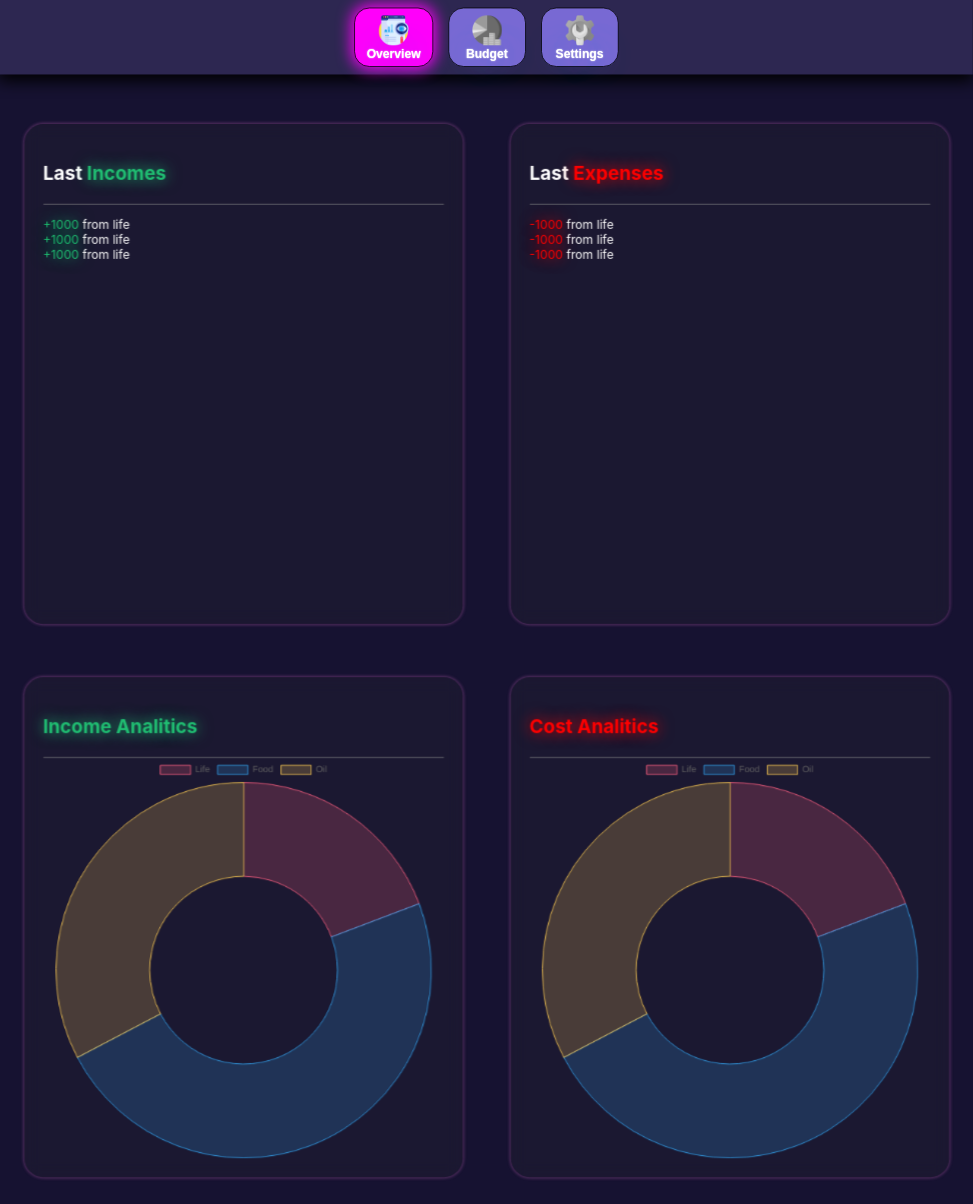
Repository: Minkeani/Money-Manager
Page: /Overview
These files come from the project's save history. The page is drawn as it stood at one moment and after the next save; the edit follows.
The browser window is 1280 px wide. The pictures show the whole page, at 76% of full size.
The project was rebuilt for these pictures with package versions that can differ from the ones it lists, and the page was loaded fresh each time. Also part of the build but not shown: src/components/Budget/Budget.module.css, src/components/Budget/Budget.jsx, src/components/Settings/Settings.jsx, src/components/NotFound/NotFound.module.css, src/components/NotFound/NotFound.jsx.

Above is the page before, as saved 2022-07-16 21:16:10.

### src/index.js
import React from 'react';
import ReactDOM from 'react-dom/client';
import './styles/index.css'
import App from './App';

const root = ReactDOM.createRoot(document.getElementById('root'));
root.render(
    <App />
);

### src/styles/index.css
:root {
  --color-theme: #161231;
	--color-white: #fff;
	--color-black: #000;
	--color-dark-gray: #10100e;
	--color-yellow: #ffff00;
	--color-blue: #6884fb;
	--color-red: #f75d83;
	--font-bold: 600;
	--color-violet: #ae72c2;
	--text-shadow-yellow:
		0 0 2px var(--color-white),
		0 0 40px var(--color-blue);

	--spacing-medium: 20px;

	--spacing-small: 10px;

	--spacing-ultra-small: 5px;

	--spacing-large: 30px;

	--font-family-main: sans-serif;

	--border-radius-small: 3px;

	--border-radius-medium: 5px;

	--margin-list: 7px;

	--font-size-main: 16px;

	--font-size-header: 26px;

	--font-size-subheader: 18px;

	/* Theme */
	--theme-light-header: #dfe2df;

	--theme-dark-header: #ca6ca6;

	--theme-neitral-header: #cccc46;

	--theme-default-header: var(--theme-neitral-header);

	--transition: .4s;

	--theme-light-bg-img: linear-gradient(to top, #b7b7b7, #a396b0, #9a72a0, #984986, #960062);

	--theme-dark-bg-img:  linear-gradient(to top, #6a2b60, #532143, #3b192b, #221118, #000000);

	--width-max: 1200px

}
body {
  margin: 0;
	padding: 0;
	background-color: var(--color-theme);
  font-family: -apple-system, BlinkMacSystemFont, 'Segoe UI', 'Roboto', 'Oxygen',
    'Ubuntu', 'Cantarell', 'Fira Sans', 'Droid Sans', 'Helvetica Neue',
    sans-serif;
  -webkit-font-smoothing: antialiased;
  -moz-osx-font-smoothing: grayscale;
}

code {
  font-family: source-code-pro, Menlo, Monaco, Consolas, 'Courier New',
    monospace;
}

### src/App.js
import styles from './App.module.css';
import Header from './components/Header/Header';
import RoutesConfig from './routes/RoutesConfig';
import { Routes, Route, BrowserRouter, Router } from 'react-router-dom';

function App() {
  return (
    <div className={styles.App}>
      <BrowserRouter>
        <div className={styles.wrapper}>
          <Header/>
            <Routes>
              {RoutesConfig.map((route, index) => (
                <Route
                  key={index}
                  exact={route.exact}
                  element={<route.element/>}
                  path={route.path}
                />
              ))}
            </Routes>
        </div>
      </BrowserRouter>
    </div>
  );
}

export default App;

### src/App.module.css
.App {
  text-align: center;
  display: flex;
  justify-content: center;
  align-items: center;
  margin: 0 auto;
}

.App-logo {
  height: 40vmin;
  pointer-events: none;
}

.wrapper {
  width: 100%;
}

@media (prefers-reduced-motion: no-preference) {
  .App-logo {
    animation: App-logo-spin infinite 20s linear;
  }
}

.App-header {
  background-color: #282c34;
  min-height: 100vh;
  display: flex;
  flex-direction: column;
  align-items: center;
  justify-content: center;
  font-size: calc(10px + 2vmin);
  color: white;
}

.App-link {
  color: #61dafb;
}

@keyframes App-logo-spin {
  from {
    transform: rotate(0deg);
  }
  to {
    transform: rotate(360deg);
  }
}

### src/components/Header/Header.jsx
import React, {useState} from 'react'
import styles from './Header.module.scss'
import { Link } from 'react-router-dom';
import Budget from '../../icons/budget.svg'
import overview from '../../icons/Overview.svg'
import settings from '../../icons/settings.svg'
import { motion } from "framer-motion";


export default function Header() {
  const [active, setActive] = useState(1)

  const HeaderAnimation = {
    hidden: {
      y: 100,
      opacity: 0
    },
    visible: custom => ({
      y: 0,
      opacity: 1,
      transition: {delay: custom * 0.2}
    })
  };


  return (
    <motion.div
      initial="hidden"
      whileInView="visible"
      viewport={{ amount: 0.3, once: true }}
      variants={HeaderAnimation}
      className={styles.container}>
    <ul className={styles.list__container}>
        <li
          onClick={() => setActive(1)}
          className={active === 1 ? styles.active : ''}
        >
            <Link to='/Overview' exact='true' >
                 <img src={overview} alt="" />
                Overview</Link>
        </li>
        <li
          onClick={() => setActive(2)}
          className={active === 2 ? styles.active : ''}
          >
            <Link to='/Budget' exact='true' >
               <img src={Budget} alt="" />
              Budget</Link></li>
        <li
           onClick={() => setActive(3)}
           className={active === 3 ? styles.active : ''}
          >
            <Link to="/Settings" exact='true'>
              <img src={settings} alt="" />
              Settings</Link></li>
    </ul>

    </motion.div>
  )
}

### src/routes/RoutesConfig.js
import Budget from "../components/Budget/Budget"
import Overview from "../components/Overview/Overview"
import Settings from "../components/Settings/Settings"
import NotFound from "../components/NotFound/NotFound"

const RoutesConfig = [
    {
        path: '/Budget',
        exact: true,
        element: Budget
    },
    {
        path: '/Overview',
        exact: true,
        element: Overview
    },
    {
        path: '/Settings',
        exact: true,
        element: Settings
    }, {
        path: '/NotFound',
        exact: true,
        element: NotFound
    },

]

export default RoutesConfig

### src/components/Header/Header.module.scss
.container {
    display: flex;
    align-items: center;
    justify-content: center;
    margin-bottom: var(--spacing-large);
    background-color: #2d2751;
    width: 100%;
    box-shadow: 0px 7px 20px 2px ;
}
.list__container {
    display: flex;
    flex-wrap: wrap;
    margin: 0;
    padding: 0;
    list-style-type: none;
}

.list__container li {
    background-color: #7869d3;
    flex-direction: column;
    border: 1px solid black;
    margin: 10px;
    border-radius: 20px;
    cursor: pointer
}

.list__container li:hover {
    background-color: #dd6edb;

}



.list__container a {
    display: flex;
    align-items: center;
    flex-direction: column;
    margin: 0 10px;
    padding: 5px 3px;
    min-width: 70px;
    border: 2px solid transparent;
    border-radius: var(--border-radius-small);
    color: var(--color-white);
    text-align: center;
    font-family: var(--font-family-main);
    text-decoration: none;
    font-weight: var(--font-bold);
    text-shadow: var(--text-shadow-yellow);
    transition: var(--transition);
}

.list__container .active {
    background-color: #ff00fa;
    box-shadow: 0 0 20px 3px #ff00fa;
     img {
        filter: grayscale(0);
    }

}



.list__container img {
    height: 2.5rem;
    margin: 0.1375rem;
    width: 2.5rem;
    filter: grayscale(1);
}
.list__container :global(a.active) {
    border: 2px solid var(--color-violet);
    color: var(--color-violet);
    text-shadow: none;
}

.logo {
    width: 60px;
    height: 60px;
    margin-right: var(--spacing-large);
    object-fit: cover;
    object-position: center center;
}

@media (max-width: 365px) {
    .list__container a {
        min-width: 65px;
    }
  }

### src/components/Overview/Overview.jsx
import React from 'react'
import OverviewBlock from '../OverviewBlocks/OverviewBlock/OverviewBlock'
import styles from './Overview.module.css'
import Charts from '../OverviewBlocks/OverviewCharts/Charts'

// const [blocks, setBlocks] = useState([
//   {type: 'Incomes', sign: '+', classes: 'money', array:  [{money: 1000, category: 'life'}, {money: 1000, category: 'life'}, {money: 1000, category: 'life'}]},
//   {type: 'Expenses', sign: '-', classes: 'Remoney', array:  [{money: 1000, category: 'life'}, {money: 1000, category: 'life'}, {money: 1000, category: 'life'}]}
// ])

export const data = [ {
  labels: ['Life', 'Food', 'Oil'],
  type: 'Incomes',
  Analitic: 'Income',
  sign: '+',
  classes: 'money',
  datasets: [
    {
      label: '# of Votes',
      data: [1000, 2500, 1700],
      backgroundColor: [
        'rgba(255, 99, 132, 0.2)',
        'rgba(54, 162, 235, 0.2)',
        'rgba(255, 206, 86, 0.2)',
        'rgba(75, 192, 192, 0.2)',
        'rgba(153, 102, 255, 0.2)',
        'rgba(255, 159, 64, 0.2)',
      ],
      borderColor: [
        'rgba(255, 99, 132, 1)',
        'rgba(54, 162, 235, 1)',
        'rgba(255, 206, 86, 1)',
        'rgba(75, 192, 192, 1)',
        'rgba(153, 102, 255, 1)',
        'rgba(255, 159, 64, 1)',
      ],
      borderWidth: 1,
    },
  ],
},
{
  labels: ['Life', 'Food', 'Oil'],
  type: 'Expenses',
  Analitic: 'Сost',
  sign: '-',
  classes: 'Remoney',
  datasets: [
    {
      label: '# of Votes',
      data: [1000, 2500, 1700],
      backgroundColor: [
        'rgba(255, 99, 132, 0.2)',
        'rgba(54, 162, 235, 0.2)',
        'rgba(255, 206, 86, 0.2)',
        'rgba(75, 192, 192, 0.2)',
        'rgba(153, 102, 255, 0.2)',
        'rgba(255, 159, 64, 0.2)',
      ],
      borderColor: [
        'rgba(255, 99, 132, 1)',
        'rgba(54, 162, 235, 1)',
        'rgba(255, 206, 86, 1)',
        'rgba(75, 192, 192, 1)',
        'rgba(153, 102, 255, 1)',
        'rgba(255, 159, 64, 1)',
      ],
      borderWidth: 1,
    },
  ],
}
]

export default function Overview() {
  return (
    <div className={styles.container}>
      <OverviewBlock/>
      <Charts/>
    </div>
  )
}

### src/components/OverviewBlocks/OverviewBlock/OverviewBlock.jsx
import React, {useState} from 'react';
import styles from './Overview.module.css'

const OverviewBlock = () => {
    const [blocks, setBlocks] = useState([
        {type: 'Incomes', sign: '+', classes: 'money', array:  [{money: 1000, category: 'life'}, {money: 1000, category: 'life'}, {money: 1000, category: 'life'}]},
        {type: 'Expenses', sign: '-', classes: 'Remoney', array:  [{money: 1000, category: 'life'}, {money: 1000, category: 'life'}, {money: 1000, category: 'life'}]}
])

    return (
        <>
            {blocks.map(({type, sign, classes, array}) => (
                    <div className={styles.container}>
                        <h3 className={styles.title}>Last <span className={classes === 'money' ? styles.money : styles.Remoney}>{type}</span></h3>
                        <div className={styles.dilivar}></div>
                            <ul className={styles.list}>
                                    {array.map(({money, category}) => (
                                        <li><span className={classes === 'money' ? styles.money : styles.Remoney}>{sign}{money}</span> from <span>{category}</span></li>
                                    ))}
                            </ul>
                        </div>
            )
            )}

        </>
    );
}

export default OverviewBlock;

### src/components/Overview/Overview.module.css
.container {
    display: grid;
    grid-template-columns: 1fr 1fr;
    grid-template-rows: 1fr 1fr;
    padding: 10px;
    gap: 20px 20px;
    justify-items: center;
}

@media (max-width: 900px) {
    .container  {
        grid-template-columns: 1fr;
        grid-template-rows: 1fr 1fr;
    }
  }

### src/components/OverviewBlocks/OverviewCharts/Charts.jsx
import React, {useEffect} from 'react'
import styles from '../OverviewBlock/Overview.module.css'
import { Chart as ChartJS, ArcElement, Tooltip, Legend } from 'chart.js';
import { Doughnut } from 'react-chartjs-2';
import {data} from '../../Overview/Overview'

ChartJS.register(ArcElement, Tooltip, Legend);


export default function Charts() {



  return (
    <>
        {data.map( (item) => (
            <div className={styles.container}>
                <h3 className={styles.title}><span className={item.classes === 'money' ? styles.money : styles.Remoney}>{item.Analitic} Analitics</span></h3>
                <div className={styles.dilivar}></div>
                <Doughnut data={item} />
            </div>
        ))}

    </>
  )
}

### src/components/OverviewBlocks/OverviewBlock/Overview.module.css
.container {
    display: flex;
    flex-direction: column;
    align-items: start;
    overflow-y: auto;
    border-radius: 1.5625rem;
    width: 85%;
    padding: 25px;
    margin: 25px;
    background: rgba(50, 50, 50, 0.2);
    backdrop-filter: blur(10px);
    box-shadow: 0 0 5px 0px #8e4a8e;
    color: white;
}

.title {
    color: #fff;
    font-size: 1.5625rem;
}

.dilivar {
    background-color: #707175;
    height: 1px;
    width: 100%;
}

.money {
    color: #21bf73;
    text-shadow: 0 0 20px #21bf73;
}

.Remoney {
    color: red;
    text-shadow: 0 0 20px red;
}

.list {
    list-style-type: none;
    padding: 0;
}

Loaded but not shown: public/index.html (common file)

After the next save:
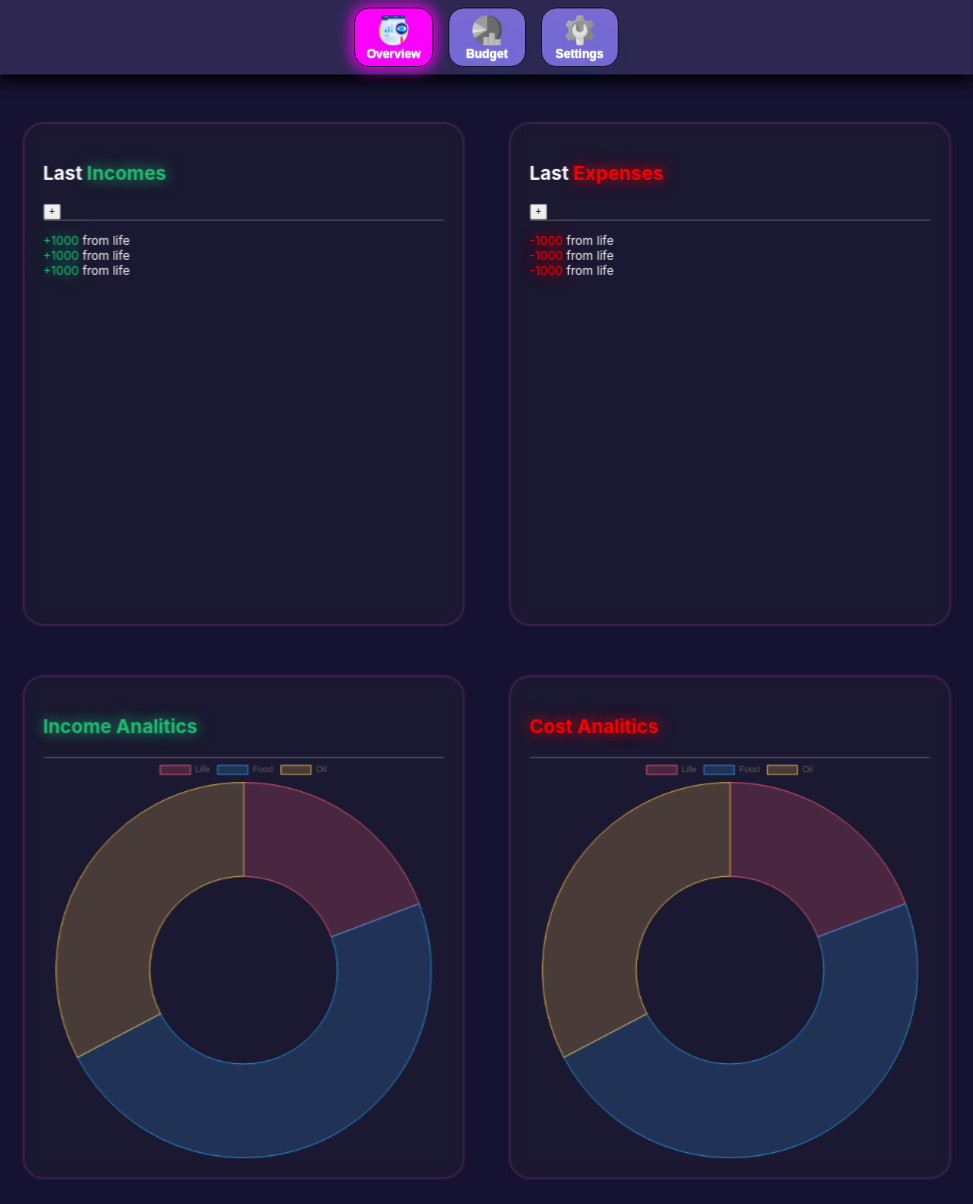
Saved 21 h 8 min later.
--- a/src/components/OverviewBlocks/OverviewBlock/OverviewBlock.jsx
+++ b/src/components/OverviewBlocks/OverviewBlock/OverviewBlock.jsx
@@ -12,6 +12,7 @@ const OverviewBlock = () => {
             {blocks.map(({type, sign, classes, array}) => (
                     <div className={styles.container}>
                         <h3 className={styles.title}>Last <span className={classes === 'money' ? styles.money : styles.Remoney}>{type}</span></h3>
+                        <button>+</button>
                         <div className={styles.dilivar}></div>
                             <ul className={styles.list}>
                                     {array.map(({money, category}) => (
